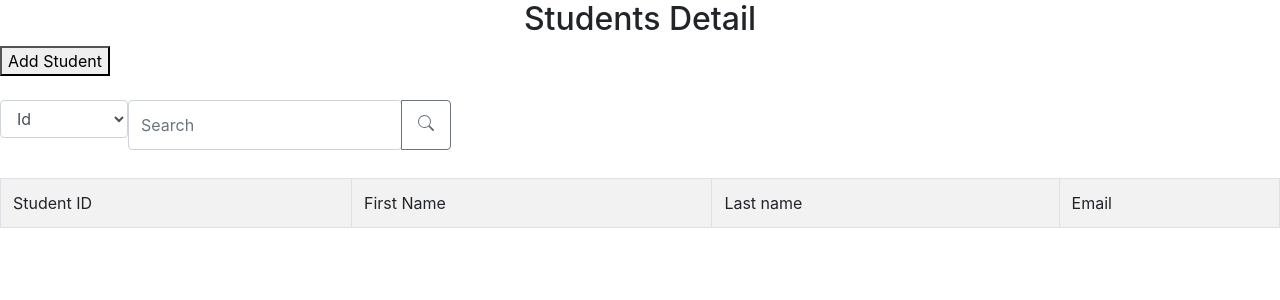
Repository: manvendra-24/jsp-servlets
Page: http://localhost/12-student-mvc-db/StudentController
The author's editor kept a copy of each file at every save. The page is drawn from the files as they stood at one save, then again after the next save.
The browser window is 1280 px wide. The pictures show the whole page.
The page is served by Tomcat 9. Queries for data that is not in the repository find no rows.

Above is the page before, as saved 2024-07-18 19:04:29.

After the next save:
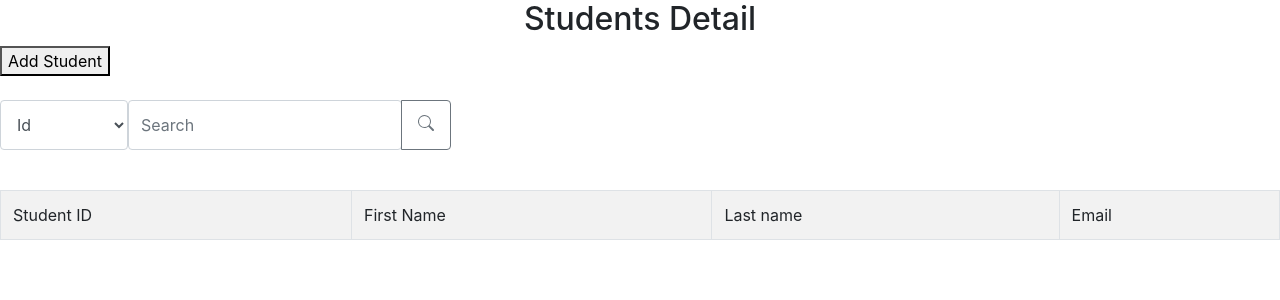
Saved 21 s later.
--- a/12-student-mvc-db/WebContent/view-students.jsp
+++ b/12-student-mvc-db/WebContent/view-students.jsp
@@ -20,7 +20,7 @@
 	<form class="input-group" action="StudentController" method="get">
 		<input type="hidden" name="command" value="search" />
 		<div class="form-group">
-			<select class="form-control" id="type" name="type">
+			<select class="form-control" id="type" name="type" style="height:50px;">
 				<option value="Id">Id</option>
 				<option value="fName">First Name</option>
 				<option value="lName">Last Name</option>
